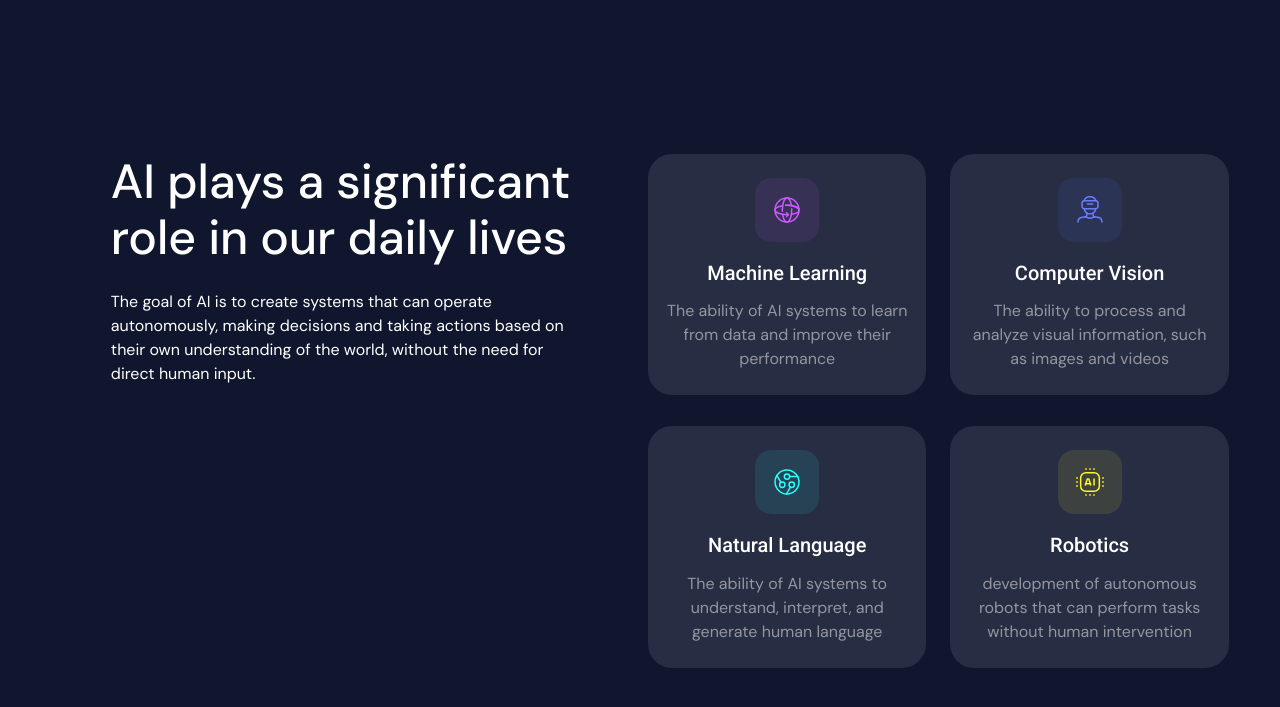
Repository: alphatra/INVO-Academy
Page: / (app in [lvl 1] Sekcja 4 obszarów AI/Starter-code/)
These files come from the project's save history. The page is drawn as it stood at one moment and after a run of saves; the edit follows.
The browser window is 1280 px wide. The pictures show the whole page.
The project was rebuilt for these pictures with package versions that can differ from the ones it lists, and the page was loaded fresh each time.

Above is the page before, as saved 2023-02-24 16:01:29.
Console error: TypeError: Cannot read properties of null (reading 'addEventListener')

After the next 2 saves:
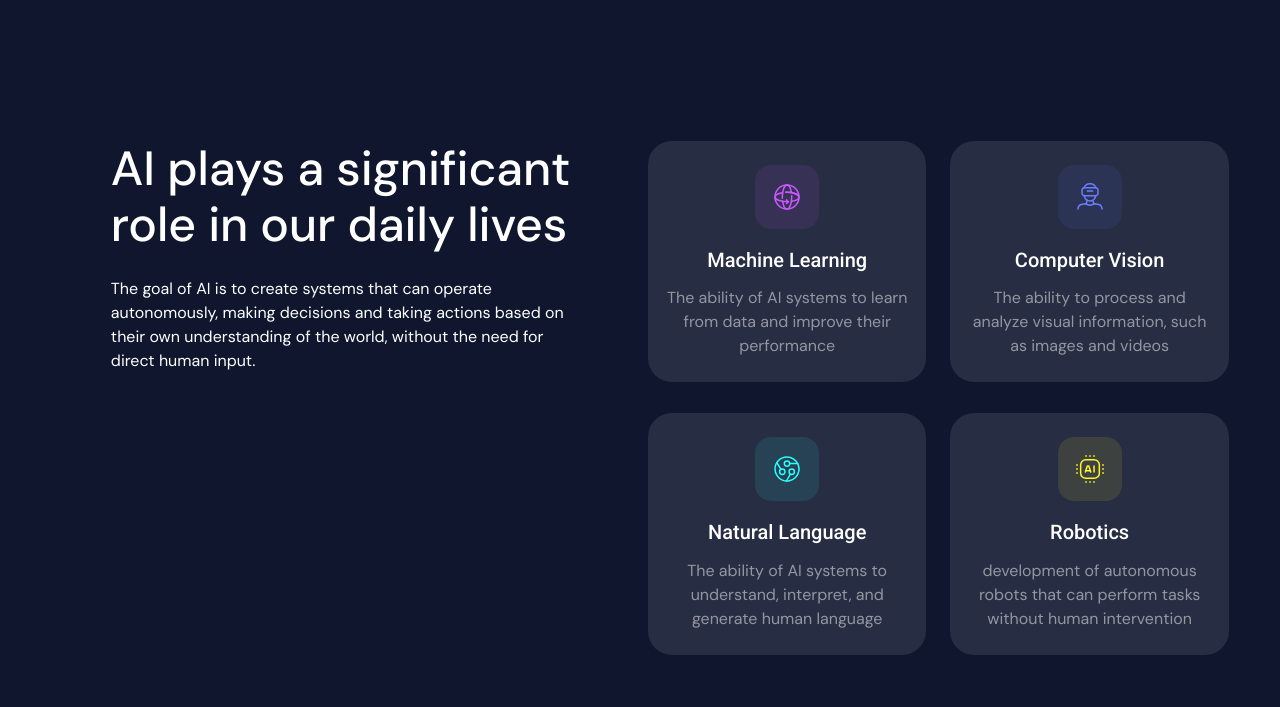
The 2 saves are shown as one change because they came seconds apart.
The last was saved 9 s later.
--- a/[lvl 1] Sekcja 4 obszarów AI/Starter-code/src/pages/home-page/styles/home-page.scss
+++ b/[lvl 1] Sekcja 4 obszarów AI/Starter-code/src/pages/home-page/styles/home-page.scss
@@ -13,7 +13,7 @@
     }
 
     main {
-        margin-top: 12%;
+        margin-top: 11%;
         padding: 0 4%;
         display: flex;
         align-items: flex-start;

After the save that followed:
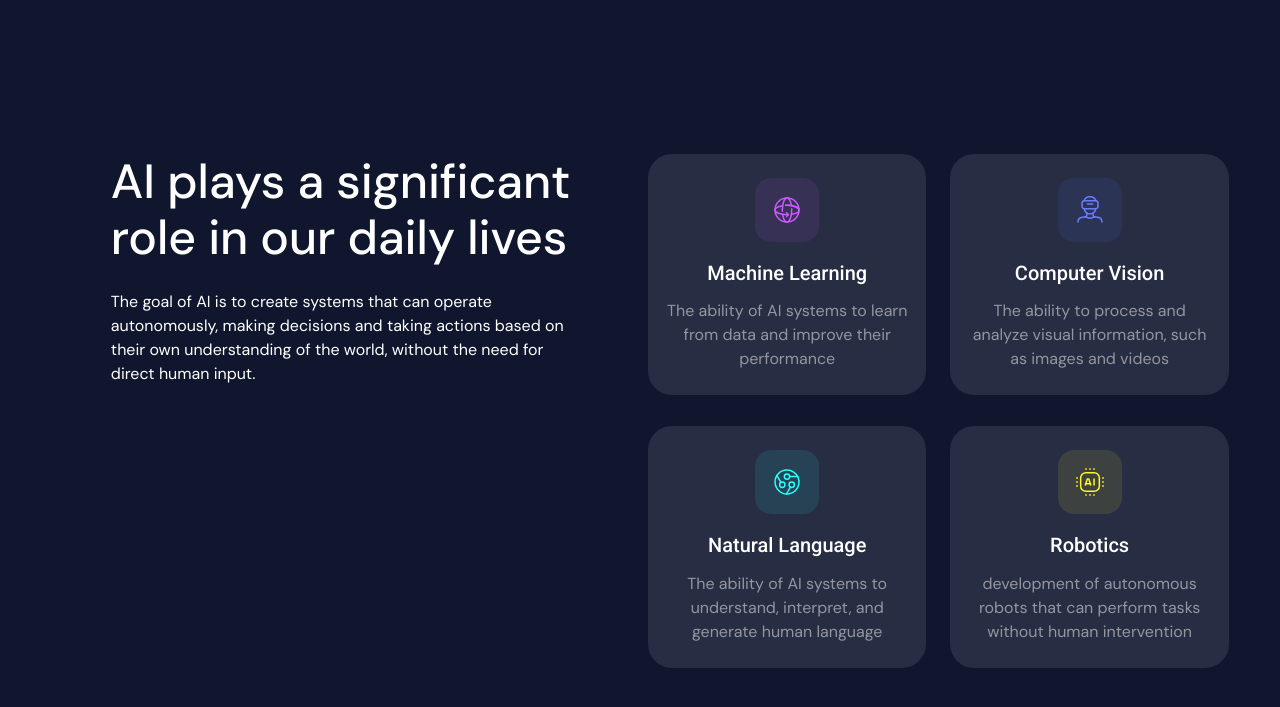
Saved 12 s later.
--- a/[lvl 1] Sekcja 4 obszarów AI/Starter-code/src/pages/home-page/styles/home-page.scss
+++ b/[lvl 1] Sekcja 4 obszarów AI/Starter-code/src/pages/home-page/styles/home-page.scss
@@ -13,7 +13,7 @@
     }
 
     main {
-        margin-top: 11%;
+        margin-top: 12%;
         padding: 0 4%;
         display: flex;
         align-items: flex-start;
